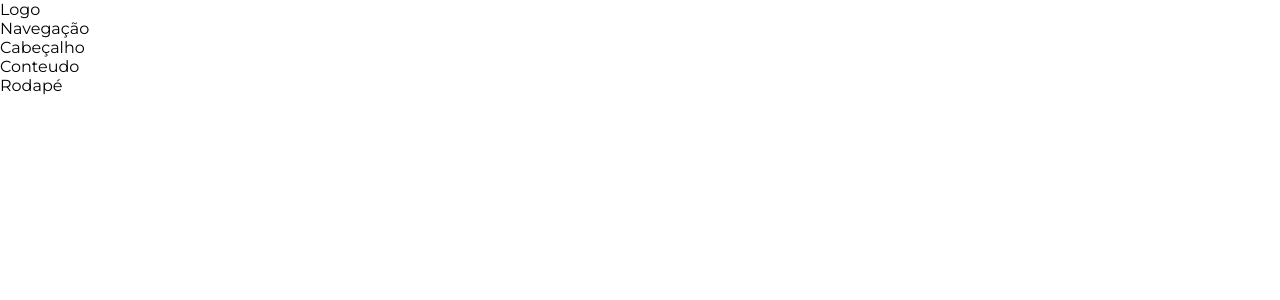
Repository: eversonps/projeto-cadastro-usuarios-firebase
Page: /users (app in frontend/)
The author's editor kept a copy of each file at every save. The page is drawn from the files as they stood at one save, then again after the next save.
The browser window is 1280 px wide. The pictures show the whole page.
The project was rebuilt for these pictures with package versions that can differ from the ones it lists, and the page was loaded fresh each time. Also part of the build but not shown: frontend/src/components/template/logo.css, frontend/src/components/template/nav.css, frontend/src/components/template/header.css, frontend/src/components/template/footer.css.

Above is the page before, as saved 2022-03-21 17:27:15.

After the next save:
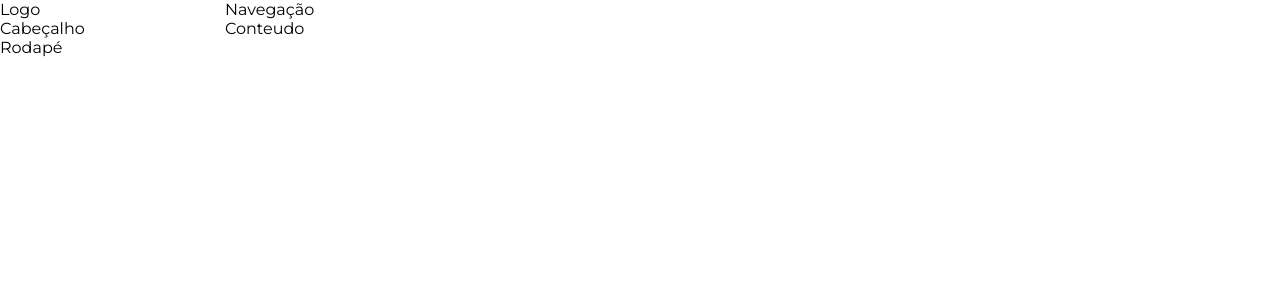
Saved 19 s later.
--- a/frontend/src/main/app.css
+++ b/frontend/src/main/app.css
@@ -18,5 +18,5 @@
 .app{
     margin: 0px;
     display: grid;
-    grid-template-columns: var(--aside-width;
+    grid-template-columns: var(--aside-width) 1fr;
 }
